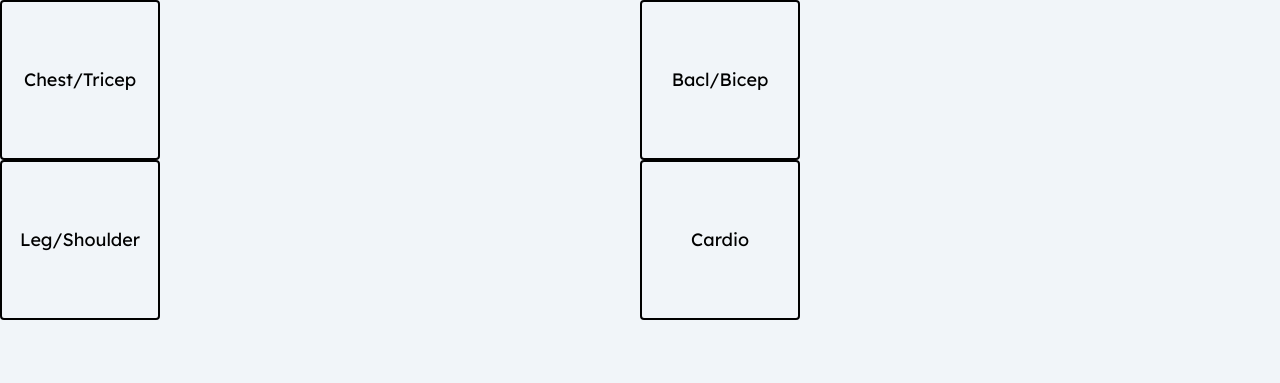
Repository: stavan30/tracker
Page: /
An editor plug-in stored every save of this project. The page is shown before and after the next save, followed by the edit.
The browser window is 1280 px wide. The pictures show the whole page.
The project was rebuilt for these pictures with package versions that can differ from the ones it lists, and the page was loaded fresh each time. Also part of the build but not shown: vite.config.js.

Above is the page before, as saved 2024-02-23 18:01:07.

### src/App.jsx
import { useState } from 'react';
import Card from './Components/Card';

function App() {


  return (
    <div className='grid grid-cols-2'>
      <Card day="Chest/Tricep"/>
      <Card day="Bacl/Bicep"/>
      <Card day="Leg/Shoulder"/>
      <Card day="Cardio"/>
    </div>
  )
}

export default App

### src/index.css
@import url('https://fonts.googleapis.com/css2?family=Lexend:wght@100..900&display=swap');

@tailwind base;
@tailwind components;
@tailwind utilities;

@layer utilities {
  body {
    @apply bg-slate-100;
  }
}

### src/Components/Card.jsx
import React from 'react'

const Card = (props) => {
  return (
    <div className='flex items-center justify-center text-black text-lg font-lex border-2 border-black rounded h-40 w-40 text-center '>{props.day}</div>
  )
}

export default Card

### tailwind.config.js
/** @type {import('tailwindcss').Config} */
export default {
  content: [
    "./index.html",
    "./src/**/*.{js,ts,jsx,tsx}",
  ],
  theme: {
    extend: {},
    fontFamily: {
      lex: ["Lexend", "sans-serif"]
    }
  },
  plugins: [],
}

Loaded but not shown: index.html (common file); src/main.jsx (common file)

After the next save:
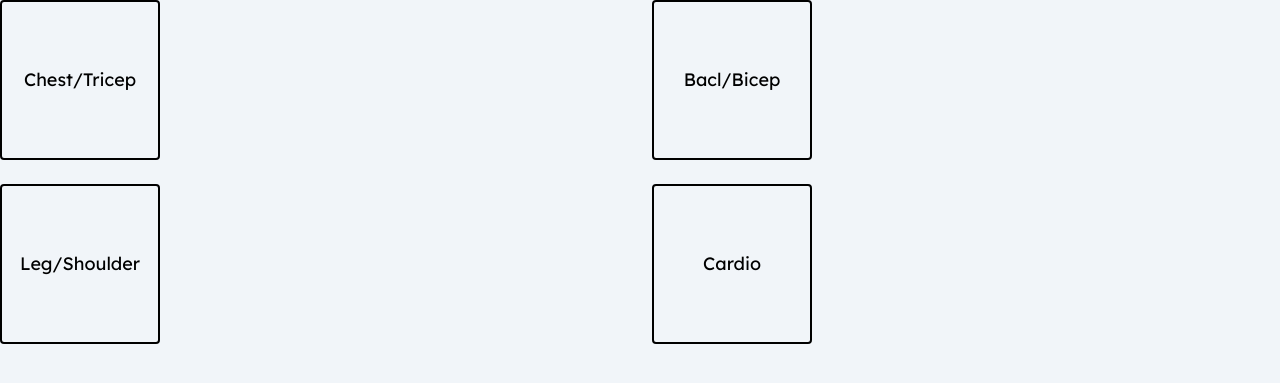
Saved 27 s later.
--- a/src/App.jsx
+++ b/src/App.jsx
@@ -5,7 +5,7 @@ function App() {
 
 
   return (
-    <div className='grid grid-cols-2'>
+    <div className='grid grid-cols-2 gap-6'>
       <Card day="Chest/Tricep"/>
       <Card day="Bacl/Bicep"/>
       <Card day="Leg/Shoulder"/>
